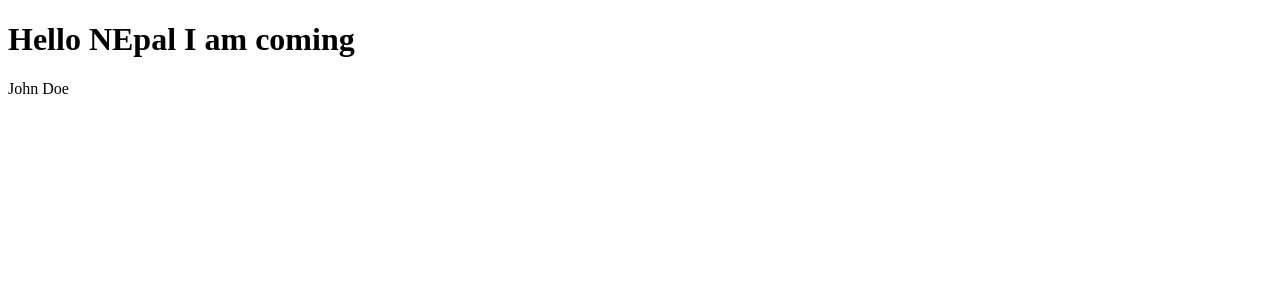
Repository: sajin-shrestha/React-Workshop
Page: /
An editor plug-in stored every save of this project. The page is shown before and after the next save, followed by the edit.
The browser window is 1280 px wide. The pictures show the whole page.
The page's requests for data from a server got no answer. The project was rebuilt for these pictures with package versions that can differ from the ones it lists, and the page was loaded fresh each time. No one was signed in, and anything a server would have sent is missing. Also part of the build but not shown: vite.config.js, src/index.css.

Above is the page before, as saved 2025-07-05 18:41:03.

### index.html
<!doctype html>
<html lang="en">
  <head>
    <meta charset="UTF-8" />
    <link rel="icon" type="image/svg+xml" href="/vite.svg" />
    <meta name="viewport" content="width=device-width, initial-scale=1.0" />
    <title>React- 21 course</title>
  </head>
  <body>
    <div id="root"></div>
    <script type="module" src="/src/main.jsx"></script>
  </body>
</html>

### src/App.jsx
import React, {useEffect, useState} from 'react'

const App = () => {
  const [user, setUser] = useState('John Doe');
  useEffect(() =>{
    fetch('https://jsonplaceholder.typicode.com/users')
    .then((response => response.json()))
    .then((json => (
      console.log(json),
      setUser(json)
      )))
  },[])
  return (
    <div>
      <h1>Hello NEpal I am coming</h1>
      <p>{user}</p>
    </div>
  )
}

export default App

Loaded but not shown: src/main.jsx (common file)

After the next save:
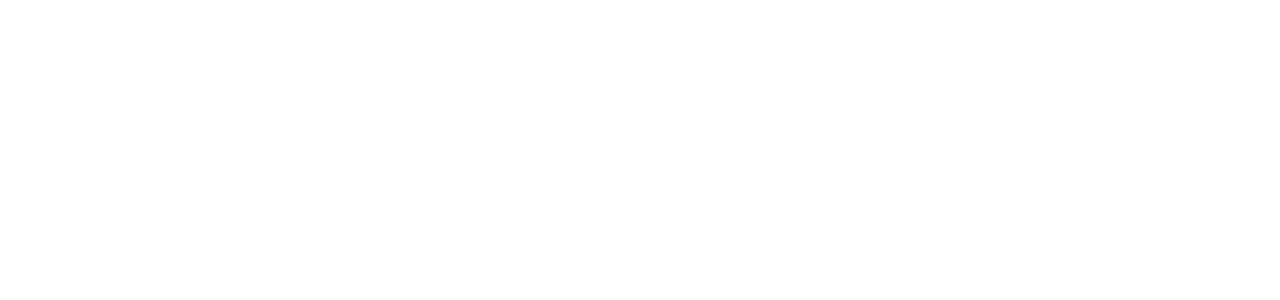
Console error: TypeError: users.map is not a function
Saved 116 s later.
--- a/src/App.jsx
+++ b/src/App.jsx
@@ -1,7 +1,7 @@
 import React, {useEffect, useState} from 'react'
 
 const App = () => {
-  const [user, setUser] = useState('John Doe');
+  const [users, setUser] = useState('John Doe');
   useEffect(() =>{
     fetch('https://jsonplaceholder.typicode.com/users')
     .then((response => response.json()))
@@ -13,7 +13,14 @@
   return (
     <div>
       <h1>Hello NEpal I am coming</h1>
-      <p>{user}</p>
+      {/* <p>{user.name}</p> */}
+      <ul>
+        {
+          users.map((user)=>(
+            <li key={user.id}>{user.name}</li>
+          ))
+        }
+      </ul>
     </div>
   )
 }

After the 5 saves that followed:
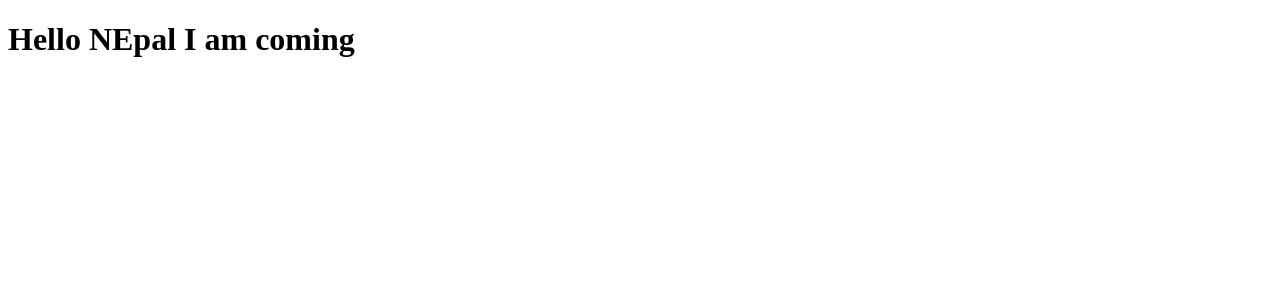
The error is gone.
The 5 saves are shown as one change because 4 left the picture as it was.
The last was saved 2 min 17 s later.
--- a/src/App.jsx
+++ b/src/App.jsx
@@ -1,25 +1,32 @@
 import React, {useEffect, useState} from 'react'
 
 const App = () => {
-  const [users, setUser] = useState('John Doe');
+  const [users, setUser] = useState([]);
   useEffect(() =>{
     fetch('https://jsonplaceholder.typicode.com/users')
     .then((response => response.json()))
-    .then((json => (
-      console.log(json),
+    .then((json =>
+      // console.log(json),
       setUser(json)
-      )))
+      ))
   },[])
   return (
     <div>
       <h1>Hello NEpal I am coming</h1>
       {/* <p>{user.name}</p> */}
-      <ul>
+      {/* <ul>
         {
           users.map((user)=>(
             <li key={user.id}>{user.name}</li>
           ))
         }
+      </ul> */}
+      <ul>
+        {" "}
+        {users.map((user) => (
+          <li key={user.id}>{user.name}</li>
+        ))}
+        {/* <h1>i</h1> */}
       </ul>
     </div>
   )
